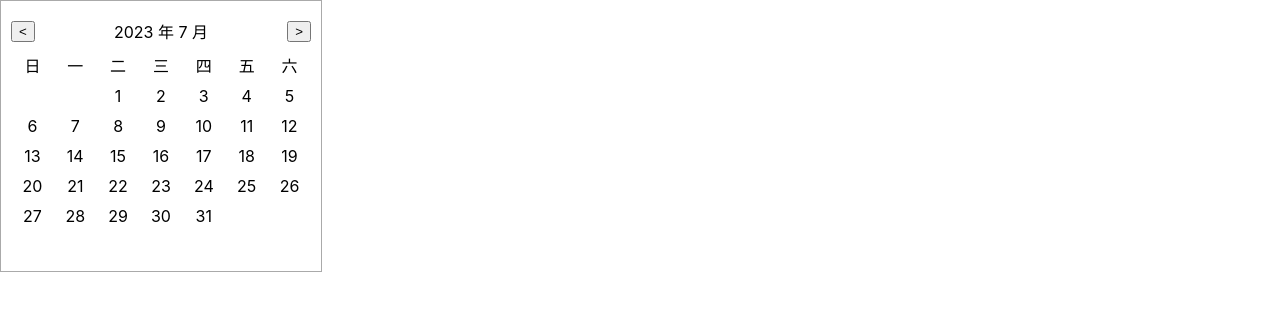
Repository: yychuiyan/calendar
Page: /
The author's editor kept a copy of each file at every save. The page is drawn from the files as they stood at one save, then again after the next save.
The browser window is 1280 px wide. The pictures show the whole page.
The project was rebuilt for these pictures with package versions that can differ from the ones it lists, and the page was loaded fresh each time.

Above is the page before, as saved 2023-07-20 13:22:05.

### src/App.tsx
import React from 'react'
import Calendar from './component/Calendar'
const App = () => {
  return (
    <div>
      <Calendar />
    </div>
  )
}

export default App

### src/component/Calendar.tsx
import React, { useState } from 'react'
import './index.css'
const Calendar = () => {
  // 保存当前日期
  const [date, setDate] = useState(new Date())
  // 点击左侧按钮
  const handlePrevMonth = () => {
    setDate(new Date(date.getFullYear(), date.getMonth() - 1, 1))
  };
  // 点击右侧按钮
  const handleNextMonth = () => {
    setDate(new Date(date.getFullYear(), date.getMonth() + 1, 1))
  }
  return (
    <div className="calendar">
      <div className="header">
        <button onClick={handlePrevMonth}>&lt;</button>
        <div>2023 年 7 月</div>
        <button onClick={handleNextMonth}>&gt;</button>
      </div>
      <div className="days">
        <div className="day">日</div>
        <div className="day">一</div>
        <div className="day">二</div>
        <div className="day">三</div>
        <div className="day">四</div>
        <div className="day">五</div>
        <div className="day">六</div>
        <div className="empty"></div>
        <div className="empty"></div>
        <div className="day">1</div>
        <div className="day">2</div>
        <div className="day">3</div>
        <div className="day">4</div>
        <div className="day">5</div>
        <div className="day">6</div>
        <div className="day">7</div>
        <div className="day">8</div>
        <div className="day">9</div>
        <div className="day">10</div>
        <div className="day">11</div>
        <div className="day">12</div>
        <div className="day">13</div>
        <div className="day">14</div>
        <div className="day">15</div>
        <div className="day">16</div>
        <div className="day">17</div>
        <div className="day">18</div>
        <div className="day">19</div>
        <div className="day">20</div>
        <div className="day">21</div>
        <div className="day">22</div>
        <div className="day">23</div>
        <div className="day">24</div>
        <div className="day">25</div>
        <div className="day">26</div>
        <div className="day">27</div>
        <div className="day">28</div>
        <div className="day">29</div>
        <div className="day">30</div>
        <div className="day">31</div>
      </div>
    </div>
  )
}

export default Calendar

### src/component/index.css
.calendar {
  border: 1px solid #aaa;
  padding: 10px;
  width: 300px;
  height: 250px;
}

.header {
  display: flex;
  justify-content: space-between;
  align-items: center;
  height: 40px;
}

.days {
  display: flex;
  flex-wrap: wrap;
}

.empty, .day {
  width: calc(100% / 7);
  text-align: center;
  line-height: 30px;
}

.day:hover {
  background-color: #ccc;
  cursor: pointer;
}

### src/utils/month.js
export const monthDate = [
  '1月',
  '2月',
  '3月',
  '4月',
  '5月',
  '6月',
  '7月',
  '8月',
  '9月',
  '10月',
  '11月',
  '12月',
]

Loaded but not shown: public/index.html (common file); src/index.tsx (common file); src/index.css (common file); src/reportWebVitals.ts (common file)

After the next save:
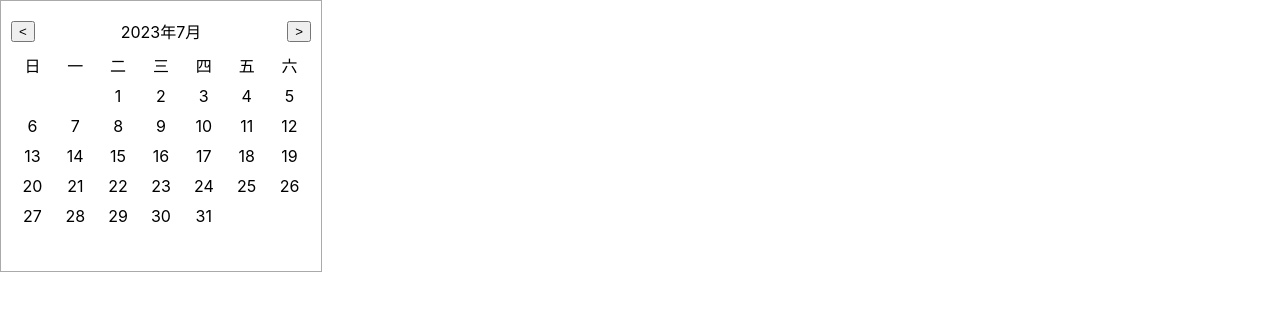
Saved 47 s later.
--- a/src/component/Calendar.tsx
+++ b/src/component/Calendar.tsx
@@ -1,5 +1,6 @@
 import React, { useState } from 'react'
 import './index.css'
+import { monthDate } from '../utils/month'
 const Calendar = () => {
   // 保存当前日期
   const [date, setDate] = useState(new Date())
@@ -15,7 +16,7 @@ const Calendar = () => {
     <div className="calendar">
       <div className="header">
         <button onClick={handlePrevMonth}>&lt;</button>
-        <div>2023 年 7 月</div>
+        <div>{date.getFullYear()}年{monthDate[date.getMonth()]}</div>
         <button onClick={handleNextMonth}>&gt;</button>
       </div>
       <div className="days">
